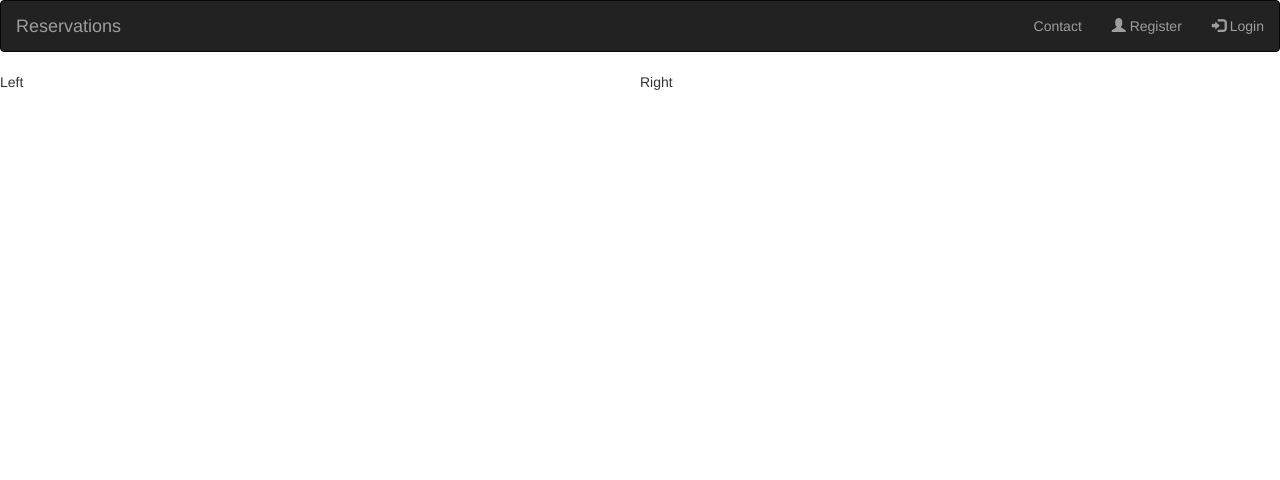
Repository: svnsiva/final-project
Page: http://localhost/flights-car-reservation/WEB-INF/pages/account.jsp
These files come from the project's save history. The page is drawn as it stood at one moment and after the next save; the edit follows.
The browser window is 1280 px wide. The pictures show the whole page.
Some web libraries are served in a nearby version. The page is served by Tomcat 9. Nobody is signed in. The template is opened directly, without the code that normally fills it, so the values that code supplies are empty.

Above is the page before, as saved 2017-08-06 00:14:05.

After the next save:
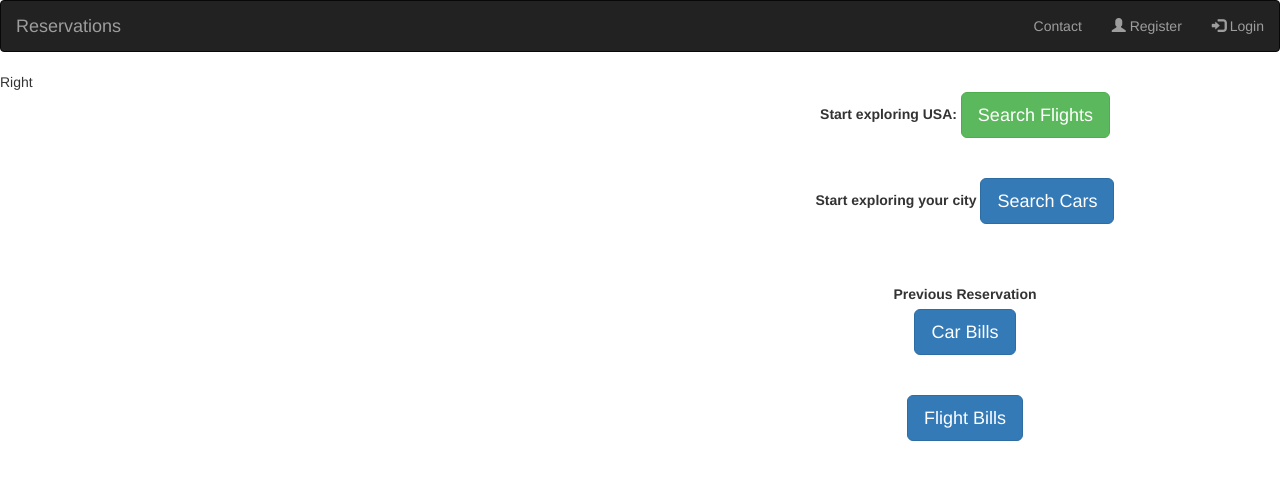
Saved 59 s later.
--- a/flights-car-reservation/src/main/webapp/WEB-INF/pages/account.jsp
+++ b/flights-car-reservation/src/main/webapp/WEB-INF/pages/account.jsp
@@ -42,13 +42,13 @@ float:left;
 </nav>
 
 
-<div style="float:left; width:50%;">
-Left  <!-- Set Div As your requirement -->
+
+
 </div>
 <div style="float:left; width:50%;">
 Right  <!-- Set Div As your requirement -->
 </div>
-
+<div style="float:left; width:50%;">
  <div class="media">
     <div class="media-left">
      <!--  <img style="margin-left: 50px;" src="https://www.citizenpass.io/themes/citizen-pass/img/process-login.png" class="media-object" > -->
@@ -64,7 +64,7 @@ Right  <!-- Set Div As your requirement -->
 	</div>
 	</form>
 	</div>
-
+      </div>
    <br><br>
    <form class="form" action="${pageContext.request.contextPath}/cars" method="get">
 	<div>
